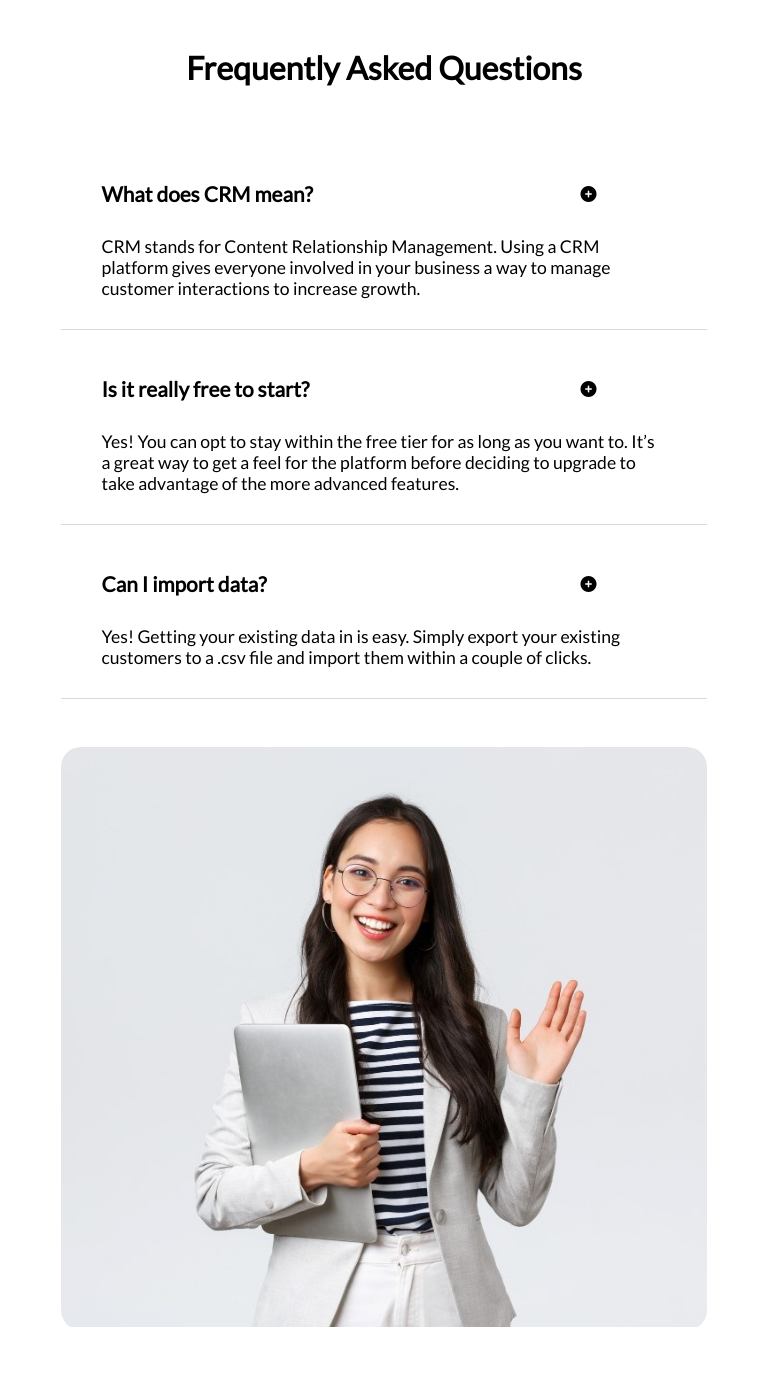
Repository: emiliaiwu/faq_component
Page: index.html
An editor plug-in stored every save of this project. The page is shown before and after the next save, followed by the edit.
The browser window is 768 px wide. The pictures show the whole page.
Some web libraries are served in a nearby version.

Above is the page before, as saved 2022-12-13 16:05:02.

### index.html
<!DOCTYPE html>
<html lang="en">
<head>
    <meta charset="UTF-8">
    <meta http-equiv="X-UA-Compatible" content="IE=edge">
    <meta name="viewport" content="width=device-width, initial-scale=1.0">
    <link rel="stylesheet" href="style.css">
    <script src="https://kit.fontawesome.com/fd9c36575f.js" crossorigin="anonymous"></script>
    <title>FAQ Component</title>
</head>
<body>
        <h2>Frequently Asked Questions</h2>
        <article class="faq_component">
            <div class="faq_container">
                <div class="faq_content active">
                    <div class="faq_header">
                        <h3>What does CRM mean?</h3>
                        <i class="fa-solid fa-circle-plus"></i>
                    </div>
                    <div class="content_wrap">
                        <p class="content hidden">
                            CRM stands for Content Relationship Management. Using a CRM platform gives everyone involved in your business a way to manage customer interactions to increase growth.
                        </p>
                    </div>
                </div>

                <div class="faq_content">
                    <div class="faq_header">
                        <h3>Is it really free to start?</h3>
                        <i class="fa-solid fa-circle-plus"></i>
                    </div>
                    <div class="content_wrap">
                        <p class="content hidden">
                            Yes! You can opt to stay within the free tier for as long as you want to. It’s a great way to get a feel for the platform before deciding to upgrade to take advantage of the more advanced features.
                        </p>
                    </div>
                </div>

                <div class="faq_content">
                    <div class="faq_header">
                        <h3>Can I import data?</h3>
                        <i class="fa-solid fa-circle-plus"></i>
                    </div>
                    <div class="content_wrap">
                         <p class="content hidden">
                            Yes! Getting your existing data in is easy. Simply export your existing customers to a .csv file and import them within a couple of clicks.
                        </p>
                    </div>
                </div>
            </div>
            <div class="faq_image">
                <img src="img/meeting.jpg" alt="">
            </div>
        </article>
 <script src="script.js"></script>
</body>
</html>

### style.css
@import url('https://fonts.googleapis.com/css2?family=Lato:wght@300;400&display=swap');

* {
    margin: 0;
    padding: 0;
    box-sizing: border-box;
}

body {
    font-family: 'Lato', sans-serif;
    max-width: 100vw;
    min-height: 100vh;
    flex-direction: column;

}

body,
.faq_component,
.faq_container {
    display: flex;
    align-items: center;
    justify-content: center;

}


/* TYPOGRAPHY */
h2 {
    text-align: center;
    font-size: 2rem;
    font-family: inherit;

}

h3 {
    font-size: 1.3rem;
    font-family: inherit;

}

p {
    font-size: 1.1rem;
    font-family: inherit;
    height: 100%;
}



/* MAIN BODY */
.faq_component {
    margin: 4rem 8vw;
    gap: 3rem;
}

.faq_image {
    max-width: 800px;
    width: 100%;
    border-radius: 20px;
    overflow: hidden;
}

img {
    width: 100%;
    height: auto;
}

.faq_container {
    padding: 0 40px;
    flex-direction: column;
    gap: 1rem;
}

.faq_header {
    display: flex;
    align-items: center;
    justify-content: space-between;
    padding: 30px 70px 30px 0;
}

.faq_content {
    padding: 0 40px;
    border-bottom: 1px solid rgba(0, 0, 0, 0.146);
}






.content_wrap {
    max-height: 150px;
    padding: 0 0 30px;
}





@media only screen and (max-width: 1000px) {
    .faq_component {
        flex-direction: column;
        margin: 4rem 8vw;
    }

    h2 {
        margin-top: 3rem;
    }

    .faq_container {
        padding: 0;
    }

    .content_wrap {
    max-height: 300px;
    padding: 0 0 30px;
    }
}

### script.js
'use strict';
const faqHeader = document.querySelectorAll('.faq_header');
const faqContent = document.querySelectorAll('.faq_content');
const content = document.querySelector('.content');



faqContent.forEach((faq) => {
    faq.addEventListener('click', function () {
        // deselect();
        faq.classList.toggle('active');

    });
})


// const deselect = () => {
//     faqHeader.forEach((faq) => {
//         faqContent.classList.remove('active');
// 		content.classList.add('hidden');
// 		faq.classList.remove('open');
//     })
// }

After the next save:
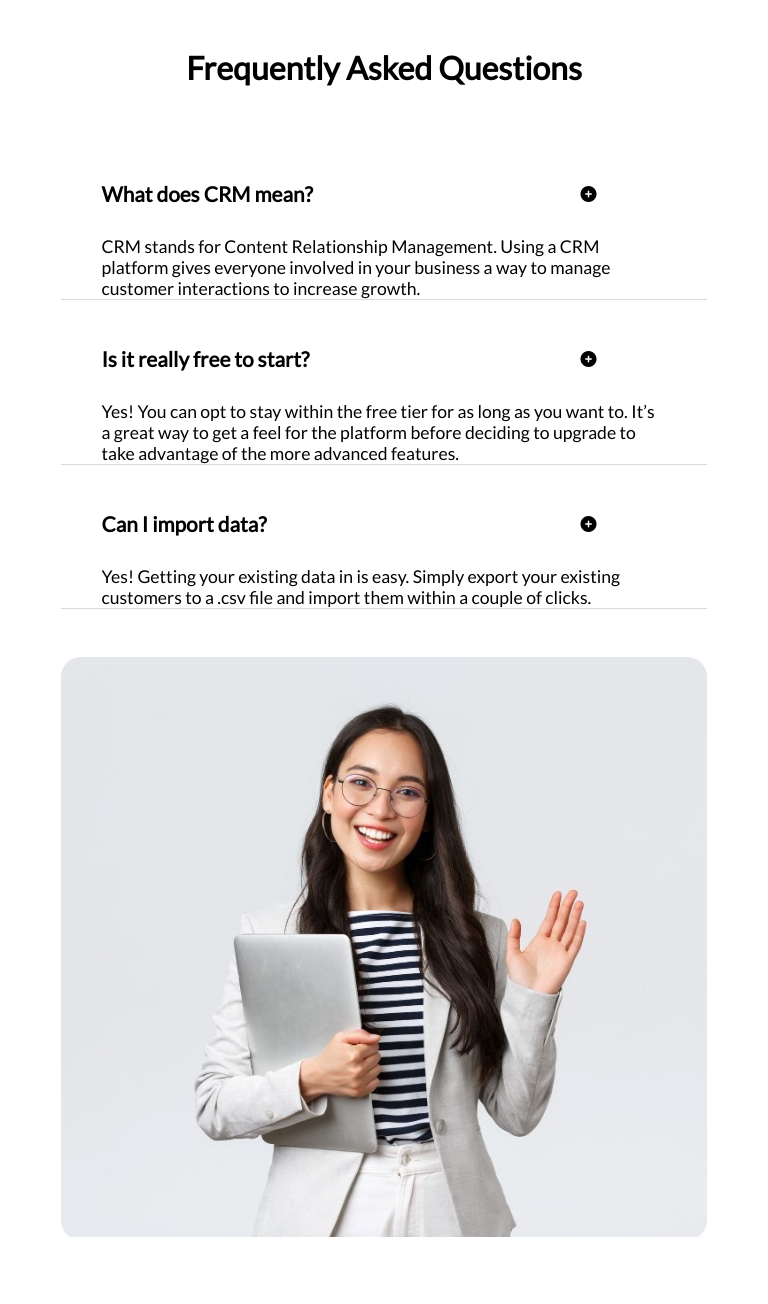
Saved 18 s later.
--- a/style.css
+++ b/style.css
@@ -112,6 +112,6 @@
 
     .content_wrap {
     max-height: 300px;
-    padding: 0 0 30px;
+    padding: 0 0 0px;
     }
 }

After the save that followed:
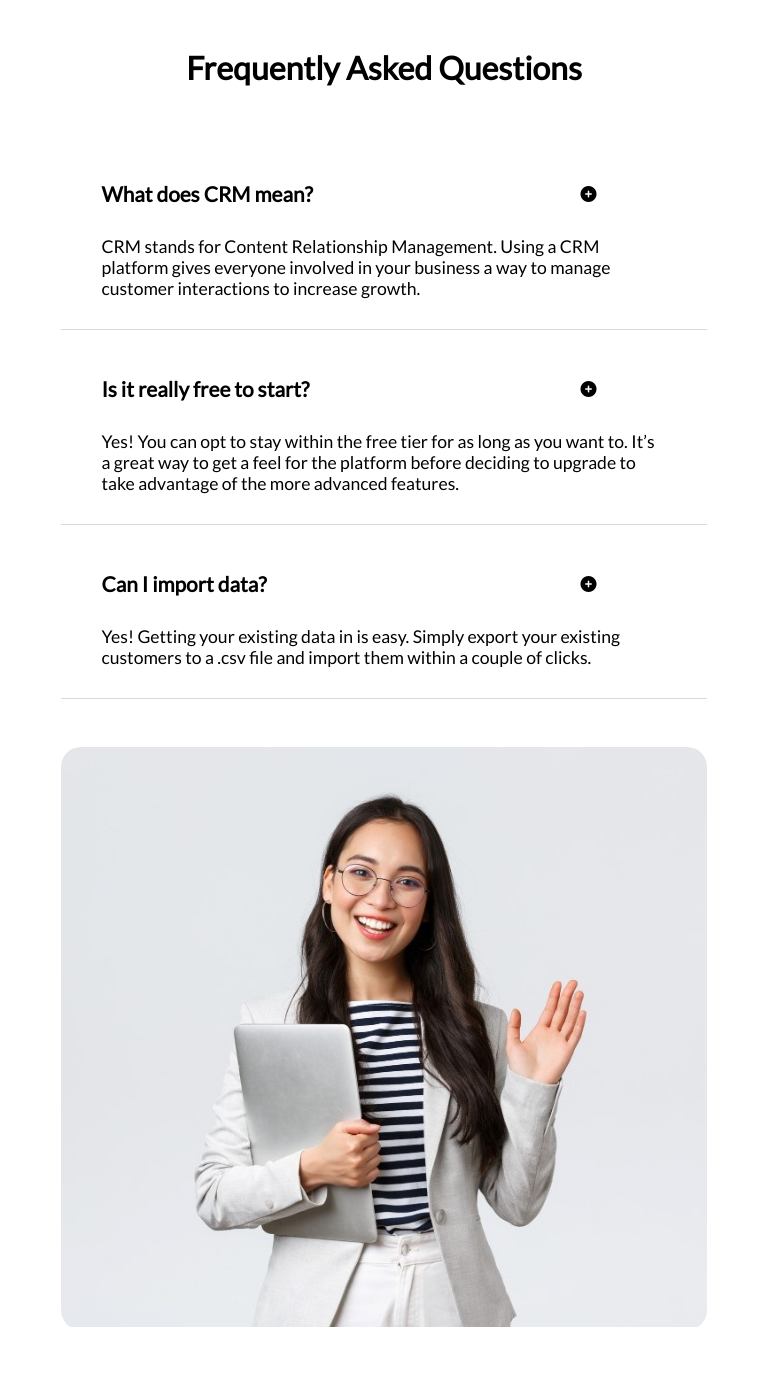
Saved 4 s later.
--- a/style.css
+++ b/style.css
@@ -112,6 +112,6 @@
 
     .content_wrap {
     max-height: 300px;
-    padding: 0 0 0px;
+    padding: 0 0 30px;
     }
 }
